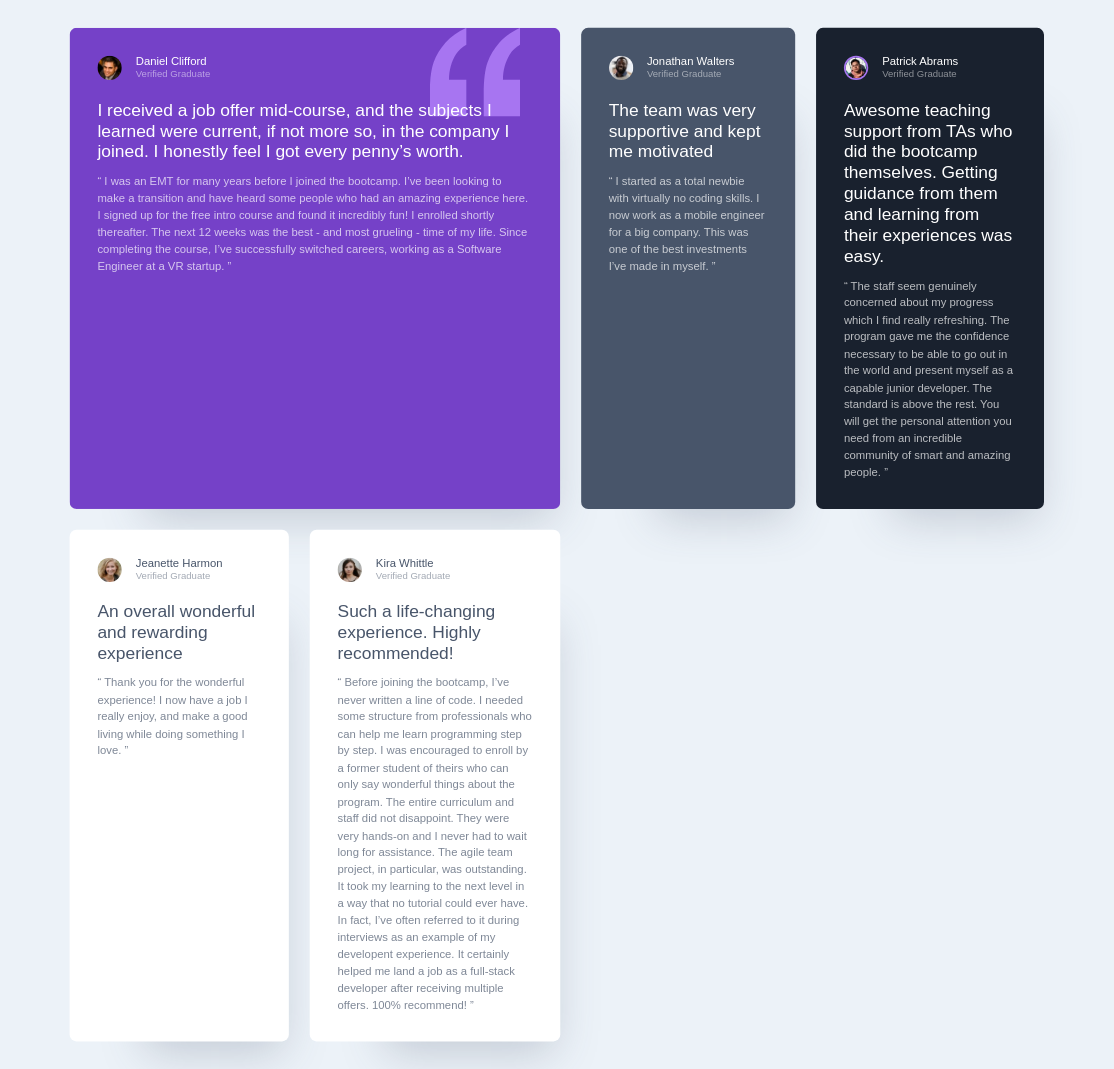
Repository: Imprasna/Grid_template
Page: index.html
These files come from the project's save history. The page is drawn as it stood at one moment and after a run of saves; the edit follows.
The browser window is 1280 px wide. The pictures show the whole page, at 87% of full size.

Above is the page before, as saved 2021-11-28 13:29:33.

After the next 2 saves:
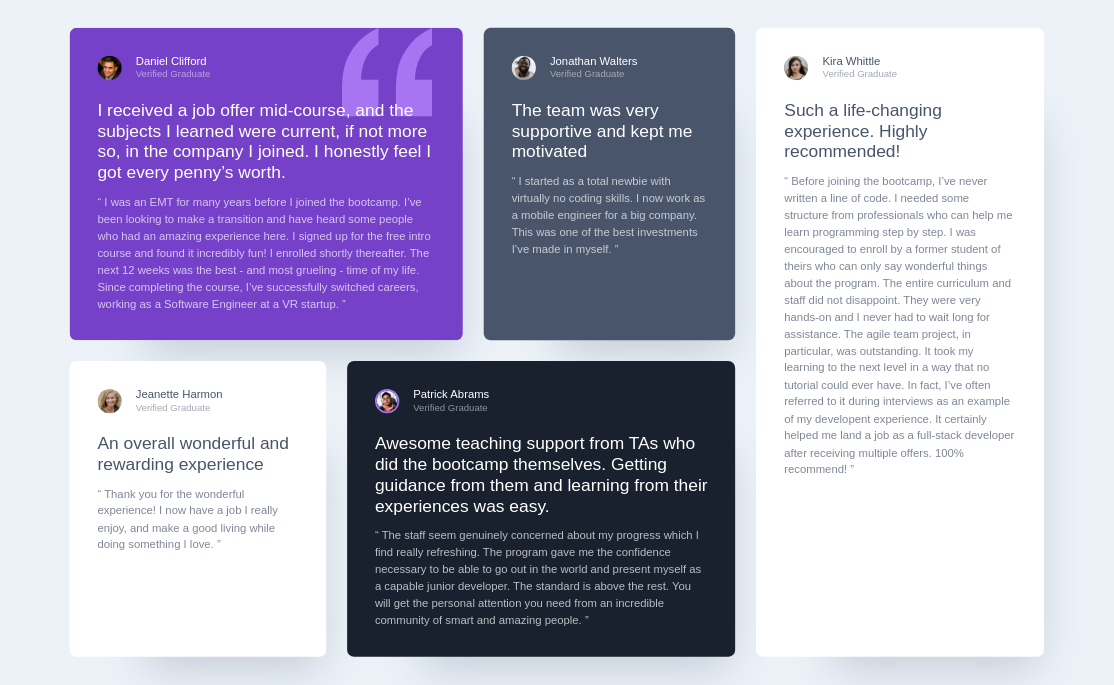
The 2 saves are shown as one change because they came seconds apart.
The last was saved 7 s later.
--- a/style.css
+++ b/style.css
@@ -173,11 +173,11 @@
   }
 
   .testimonial:nth-child(4) {
-    grid-area: ;
+    grid-area: four;
   }
 
   .testimonial:nth-child(5) {
-      grid-area: ;
+      grid-area: five;
   }
 
   @media (min-width: 50em) {
